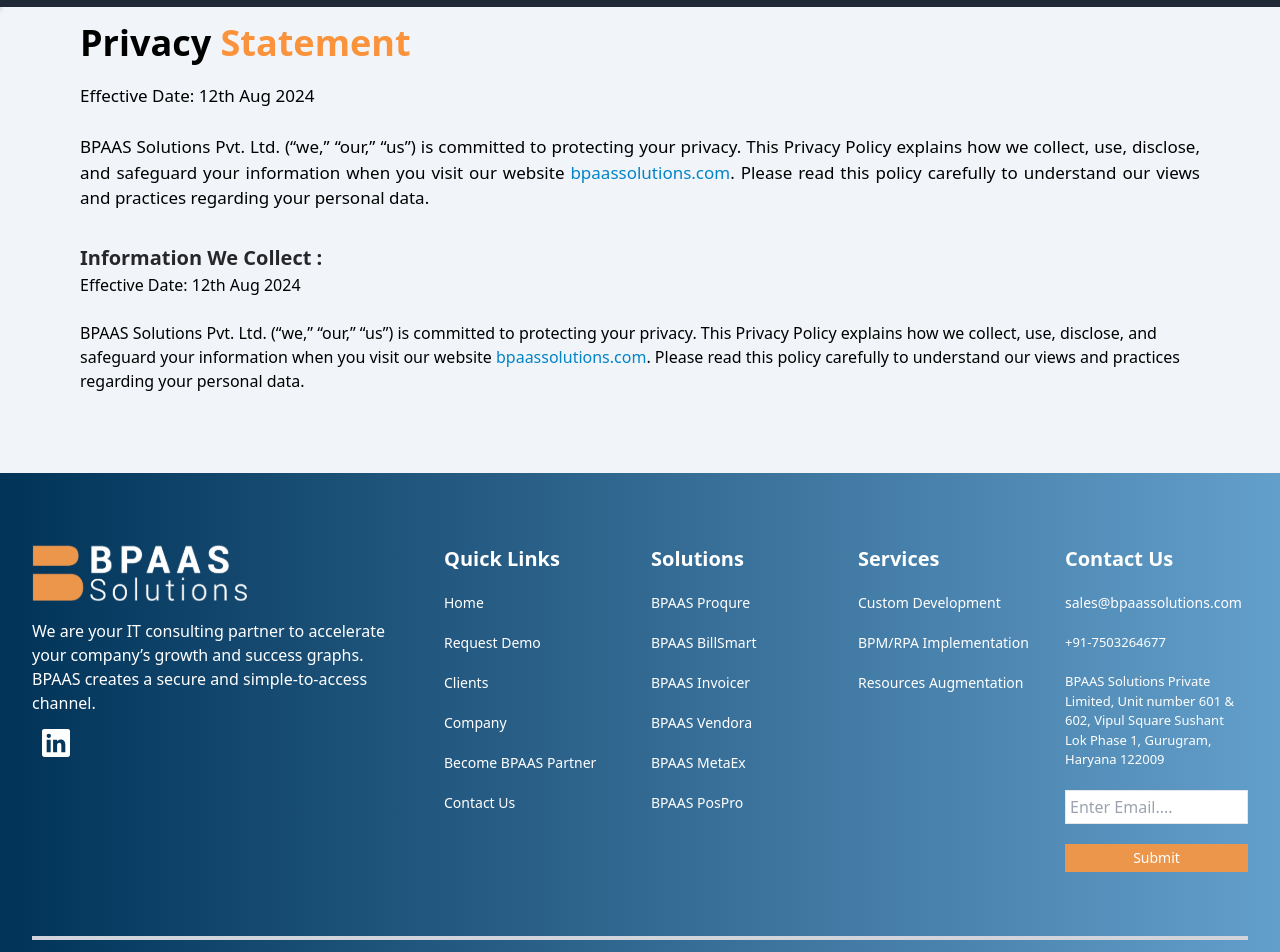
Repository: captainalpha/BP-Website
Page: /services/bp-services
An editor plug-in stored every save of this project. The page is shown before and after the next save, followed by the edit.
The browser window is 1280 px wide. The pictures show the part of the page from y = 713 to 1665 px (the page is 1733 px tall before and 1749 px after).
The project was rebuilt for these pictures with package versions that can differ from the ones it lists, and the page was loaded fresh each time. The framework's server and built-in components were replaced by stand-ins that run in the browser. Also part of the build but not shown: next.config.js, components/common/TopBanner.js, components/common/SectionHeader.js.

Above is the page before, as saved 2024-08-13 15:21:30.

After the next save:
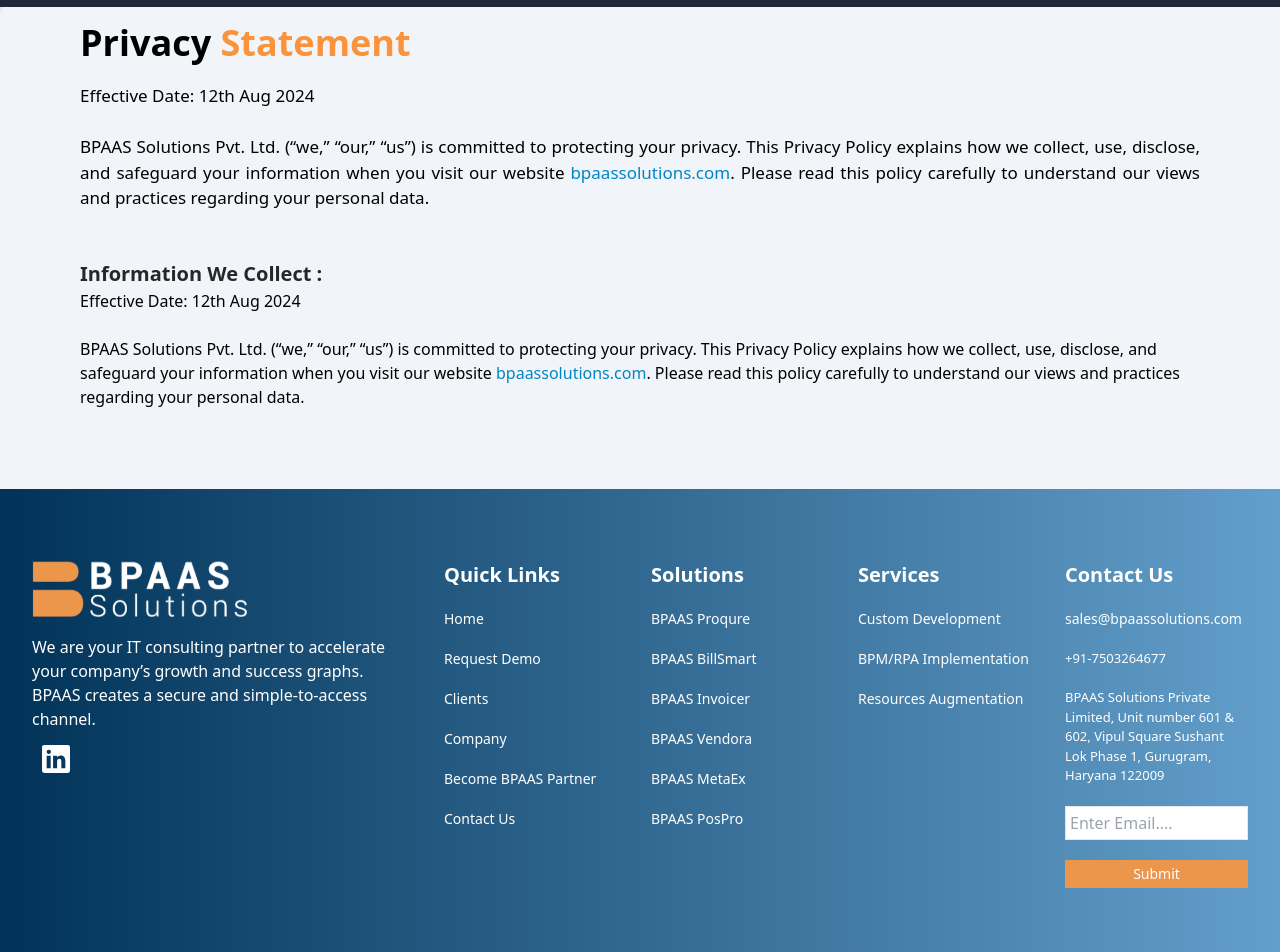
Saved 4 s later.
--- a/pages/services/bp-services.js
+++ b/pages/services/bp-services.js
@@ -50,7 +50,7 @@
               personal data.
             </p>
           </div>
-          <div className="mt-[2em]">
+          <div className="mt-[3em]">
             <h1 className="text-[20px] font-bold text-zinc-800">Information We Collect :</h1>
             <p>
               Effective Date: 12th Aug 2024 <br/><br/> BPAAS Solutions Pvt. Ltd. (“we,”
